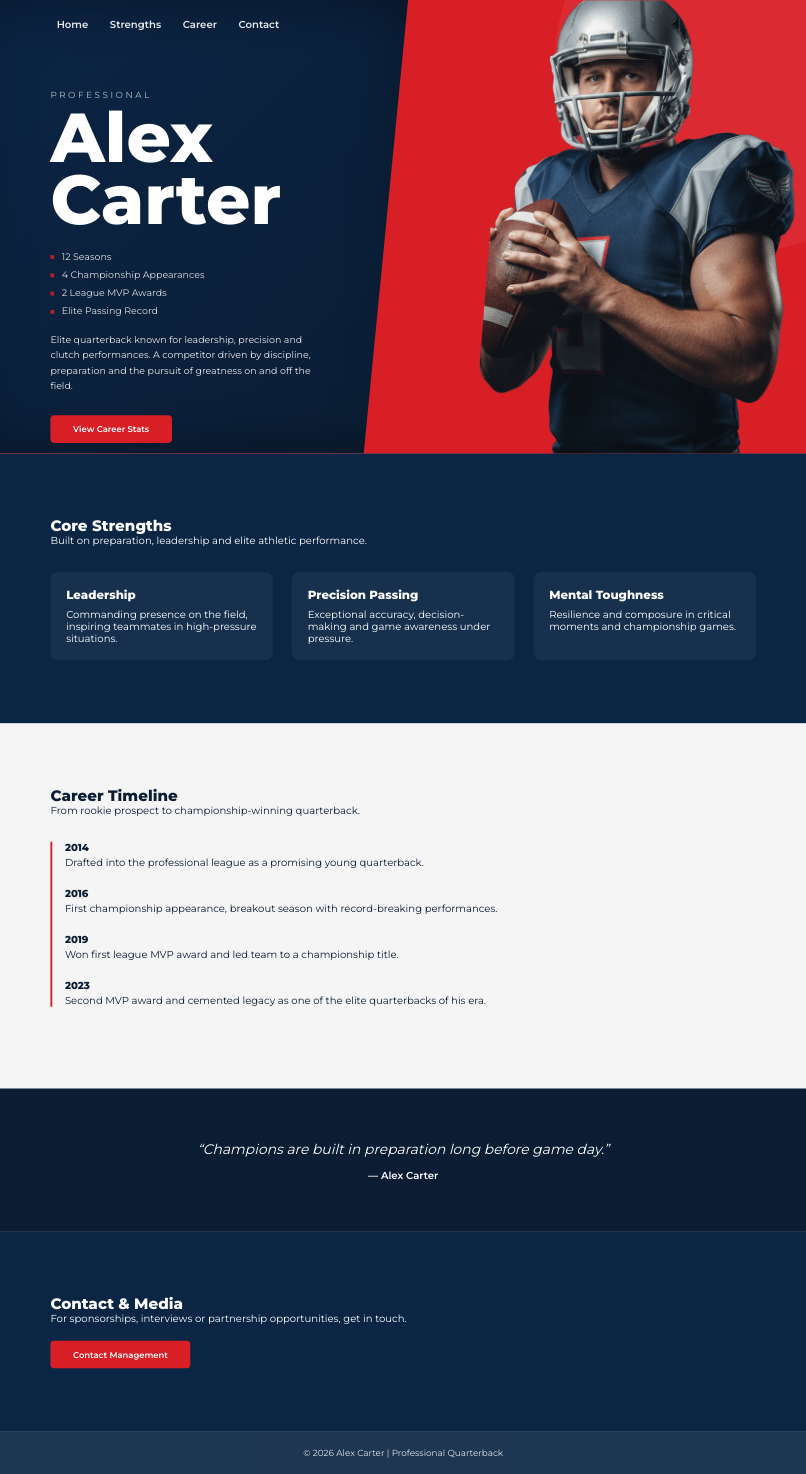
Repository: davidfsillva/Alex-Carter
Page: index.html
The author's editor kept a copy of each file at every save. The page is drawn from the files as they stood at one save, then again after the next save.
The browser window is 1280 px wide. The pictures show the whole page, at 63% of full size.

Above is the page before, as saved 2026-02-11 08:59:12.

### index.html
<!DOCTYPE html>
<html lang="en">
<head>
  <meta charset="UTF-8" />
  <meta name="viewport" content="width=device-width, initial-scale=1.0"/>
  <title>Alex Carter | Professional Quarterback</title>
  <link rel="stylesheet" href="style.css" />
  <link rel="preconnect" href="https://fonts.googleapis.com">
  <link rel="preconnect" href="https://fonts.gstatic.com" crossorigin>
  <link href="https://fonts.googleapis.com/css2?family=Montserrat:wght@400;600;800&display=swap" rel="stylesheet">
</head>
<body>

<!-- NAVBAR -->
<header class="navbar">
  <nav>
    <a href="#">Home</a>
    <a href="#skills">Strengths</a>
    <a href="#career">Career</a>
    <a href="#contact">Contact</a>
  </nav>
</header>

<!-- HERO -->
<section class="hero">
  <div class="hero-left">
    <span class="tag">PROFESSIONAL</span>
    <h1>Alex Carter</h1>

    <ul class="stats">
      <li>12 Seasons</li>
      <li>4 Championship Appearances</li>
      <li>2 League MVP Awards</li>
      <li>Elite Passing Record</li>
    </ul>

    <p class="description">
      Elite quarterback known for leadership, precision and clutch performances.
      A competitor driven by discipline, preparation and the pursuit of greatness
      on and off the field.
    </p>

    <button class="cta" onclick="window.location.href='Alex_Carter_Stats.pdf'">
      View Career Stats
    </button>

  </div>

  <div class="hero-right">
    <img src="img/spbw.png" alt="Alex Carter Quarterback">
  </div>
</section>

<!-- STRENGTHS SECTION -->
<section id="skills" class="section dark">
  <div class="container">
    <h2>Core Strengths</h2>
    <p>Built on preparation, leadership and elite athletic performance.</p>

    <div class="grid">
      <div class="card">
        <h3>Leadership</h3>
        <p>Commanding presence on the field, inspiring teammates in high-pressure situations.</p>
      </div>

      <div class="card">
        <h3>Precision Passing</h3>
        <p>Exceptional accuracy, decision-making and game awareness under pressure.</p>
      </div>

      <div class="card">
        <h3>Mental Toughness</h3>
        <p>Resilience and composure in critical moments and championship games.</p>
      </div>
    </div>
  </div>
</section>

<!-- CAREER SECTION -->
<section id="career" class="section light">
  <div class="container">
    <h2>Career Timeline</h2>

    <p>From rookie prospect to championship-winning quarterback.</p>

    <div class="timeline">
      <div class="timeline-item">
        <h4>2014</h4>
        <p>Drafted into the professional league as a promising young quarterback.</p>
      </div>

      <div class="timeline-item">
        <h4>2016</h4>
        <p>First championship appearance, breakout season with record-breaking performances.</p>
      </div>

      <div class="timeline-item">
        <h4>2019</h4>
        <p>Won first league MVP award and led team to a championship title.</p>
      </div>

      <div class="timeline-item">
        <h4>2023</h4>
        <p>Second MVP award and cemented legacy as one of the elite quarterbacks of his era.</p>
      </div>
    </div>
  </div>
</section>

<!-- QUOTE SECTION -->
<section class="quote">
  <div class="container">
    <blockquote>
      “Champions are built in preparation long before game day.”
    </blockquote>
    <span>— Alex Carter</span>
  </div>
</section>

<!-- CONTACT SECTION -->
<section id="contact" class="section dark">
  <div class="container">
    <h2>Contact & Media</h2>
    <p>For sponsorships, interviews or partnership opportunities, get in touch.</p>
    <button class="cta" onclick="window.location.href='mailto:alexcarter@agency.com'">
      Contact Management
    </button>
  </div>
</section>

<!-- FOOTER -->
<footer class="footer">
  <p>© 2026 Alex Carter | Professional Quarterback</p>
</footer>

<script src="scripts.js"></script>
</body>
</html>

### style.css
/* =====================
   RESET E FONTES
===================== */
* {
  margin: 0;
  padding: 0;
  box-sizing: border-box;
  font-family: 'Montserrat', sans-serif;
}

body {
  background: #6b7c86;
  color: #fff;
}

/* =====================
   NAVBAR
===================== */
.navbar {
  position: absolute;
  top: 0;
  width: 100%;
  padding: 30px 60px;
  display: flex;
  justify-content: space-between;
  align-items: center;
  z-index: 10;
}

.navbar .logo {
  color: #fff;
  font-weight: 800;
  font-size: 22px;
  letter-spacing: 2px;
}

.navbar nav a {
  color: #fff;
  text-decoration: none;
  margin-left: 30px;
  font-weight: 600;
  opacity: 0.9;
  transition: 0.3s ease;
}

.navbar nav a:hover {
  opacity: 1;
  color: #d91f26;
}

/* =====================
   HERO SECTION
===================== */
.hero {
  background: #d91f26;
  display: flex;
  height: 100vh;
  overflow: hidden;
}

/* HERO LEFT */
.hero-left {
  width: 55%;
  background: linear-gradient(135deg, #0b2545, #0a1d33);
  padding: 140px 80px;
  color: #fff;
  position: relative;
  box-shadow: inset -50px 0 100px rgba(0,0,0,0.4);

  clip-path: polygon(0 0, 92% 0, 82% 100%, 0% 100%);
}


.hero-left .tag {
  letter-spacing: 4px;
  font-size: 14px;
  opacity: 0.7;
}

.hero-left h1 {
  font-size: 110px;
  font-weight: 800;
  margin: 10px 0 30px;
  line-height: 0.9;
}

.stats {
  list-style: none;
  margin-bottom: 25px;
}

.stats li {
  margin-bottom: 10px;
  font-size: 15px;
  opacity: 0.85;
  position: relative;
  padding-left: 18px;
}

.stats li::before {
  content: "";
  width: 6px;
  height: 6px;
  background: #d91f26;
  position: absolute;
  left: 0;
  top: 8px;
}

.description {
  max-width: 420px;
  font-size: 15px;
  margin-bottom: 35px;
  opacity: 0.9;
  line-height: 1.6;
}

.cta {
  background: #d91f26;
  border: none;
  padding: 14px 36px;
  color: #fff;
  font-weight: 600;
  cursor: pointer;
  transition: all 0.3s ease;
  border-radius: 6px;
}

.cta:hover {
  transform: translateY(-4px);
  box-shadow: 0 10px 25px rgba(217, 31, 38, 0.4);
}

/* Scroll Indicator */
.scroll {
  position: absolute;
  bottom: 40px;
  font-size: 12px;
  letter-spacing: 3px;
  opacity: 0.6;
}

/* HERO RIGHT */
.hero-right {
  width: 45%;
  background: #d91f26;
  display: flex;
  align-items: flex-end;
  justify-content: center;
  position: relative;
  overflow: hidden;

  clip-path: polygon(18% 0%, 100% 0%, 100% 100%, 8% 100%);
}


.hero-right::before {
  content: "";
  position: absolute;
  width: 600px;
  height: 600px;
  background: rgba(255,255,255,0.05);
  border-radius: 50%;
  top: -200px;
  right: -200px;
}

.hero-right img {
  height: 110%;
  width: auto;
  object-fit: contain;
  align-self: flex-end;
  animation: float 5s ease-in-out infinite;
  position: relative;
  z-index: 2;
}

/* Floating animation */
@keyframes float {
  0% { transform: scale(1); }
  50% { transform: scale(1.02); }
  100% { transform: scale(1); }
}

/* =====================
   SECTIONS (GENERIC)
===================== */
.section {
  padding: 100px 80px;
}

.section.dark {
  background: #0b2545;
  color: #fff;
}

.section.light {
  background: #f5f5f5;
  color: #0a1d33;
}

.container {
  max-width: 1200px;
  margin: 0 auto;
}

/* GRID CARDS */
.grid {
  display: grid;
  grid-template-columns: repeat(auto-fit, minmax(250px, 1fr));
  gap: 30px;
  margin-top: 40px;
}

.card {
  background: rgba(255,255,255,0.05);
  padding: 25px;
  border-radius: 12px;
  transition: transform 0.3s ease, box-shadow 0.3s ease;
}

.card:hover {
  transform: translateY(-5px);
  box-shadow: 0 10px 25px rgba(0,0,0,0.2);
}

.card h3 {
  margin-bottom: 10px;
}

/* TIMELINE */
.timeline {
  margin-top: 40px;
  border-left: 3px solid #d91f26;
  padding-left: 20px;
}

.timeline-item {
  margin-bottom: 30px;
}

.timeline-item h4 {
  margin-bottom: 5px;
}

/* QUOTE */
.quote {
  text-align: center;
  padding: 80px 20px;
  background: #0a1d33;
}

.quote blockquote {
  font-size: 22px;
  font-style: italic;
  max-width: 700px;
  margin: 0 auto 15px;
  line-height: 1.5;
}

.quote span {
  display: block;
  font-weight: 600;
  margin-top: 10px;
}

#contact .cta {
  margin-top: 25px; /* aumenta o espaço entre o texto e o botão */
}


/* FOOTER */
.footer {
  text-align: center;
  padding: 25px 0;
  background: #0b2545;
  font-size: 14px;
  opacity: 0.8;
}

/* =====================
   RESPONSIVO MOBILE
===================== */
@media (max-width: 900px) {

  .hero {
    flex-direction: column;
    min-height: auto;
  }

  .hero-left,
  .hero-right {
    width: 100%;
    clip-path: none; /* remove corte diagonal no mobile */
  }

  .hero-left {
    padding: 120px 25px 60px 25px;
    text-align: left;
  }

  .hero-left h1 {
    font-size: 52px;
    line-height: 1.1;
  }

  .stats li {
    font-size: 14px;
  }

  .description {
    max-width: 100%;
    font-size: 14px;
  }

  .cta {
    width: 100%;
    padding: 16px;
  }

  .hero-right {
    justify-content: center;
    align-items: center;
    padding-bottom: 40px;
  }

  .hero-right img {
    width: 85%;
    height: auto;
    max-height: 500px;
    margin: 0 auto;
  }

  .section {
    padding: 70px 25px;
  }

  .grid {
    grid-template-columns: 1fr;
  }

  .timeline {
    padding-left: 15px;
  }

  .quote blockquote {
    font-size: 18px;
  }

  .navbar {
    padding: 20px 25px;
  }

  .navbar nav a {
    margin-left: 15px;
    font-size: 14px;
  }
}

### scripts.js
// =============================
// ANIMAÇÃO DE ENTRADA HERO LEFT
// =============================
window.addEventListener("load", () => {
  const heroLeft = document.querySelector(".hero-left");

  // Estado inicial antes da animação
  heroLeft.style.opacity = 0;
  heroLeft.style.transform = "translateX(-40px)";

  // Adiciona animação após pequeno delay
  setTimeout(() => {
    heroLeft.style.transition = "opacity 0.8s ease, transform 0.8s ease";
    heroLeft.style.opacity = 1;
    heroLeft.style.transform = "translateX(0)";
  }, 300);
});

// =============================
// ANIMAÇÃO OPCIONAL PARA BOTÃO CTA
// =============================
const ctaButton = document.querySelector(".cta");

ctaButton.addEventListener("mouseenter", () => {
  ctaButton.style.transform = "scale(1.05)";
});

ctaButton.addEventListener("mouseleave", () => {
  ctaButton.style.transform = "scale(1)";
});

After the next save:
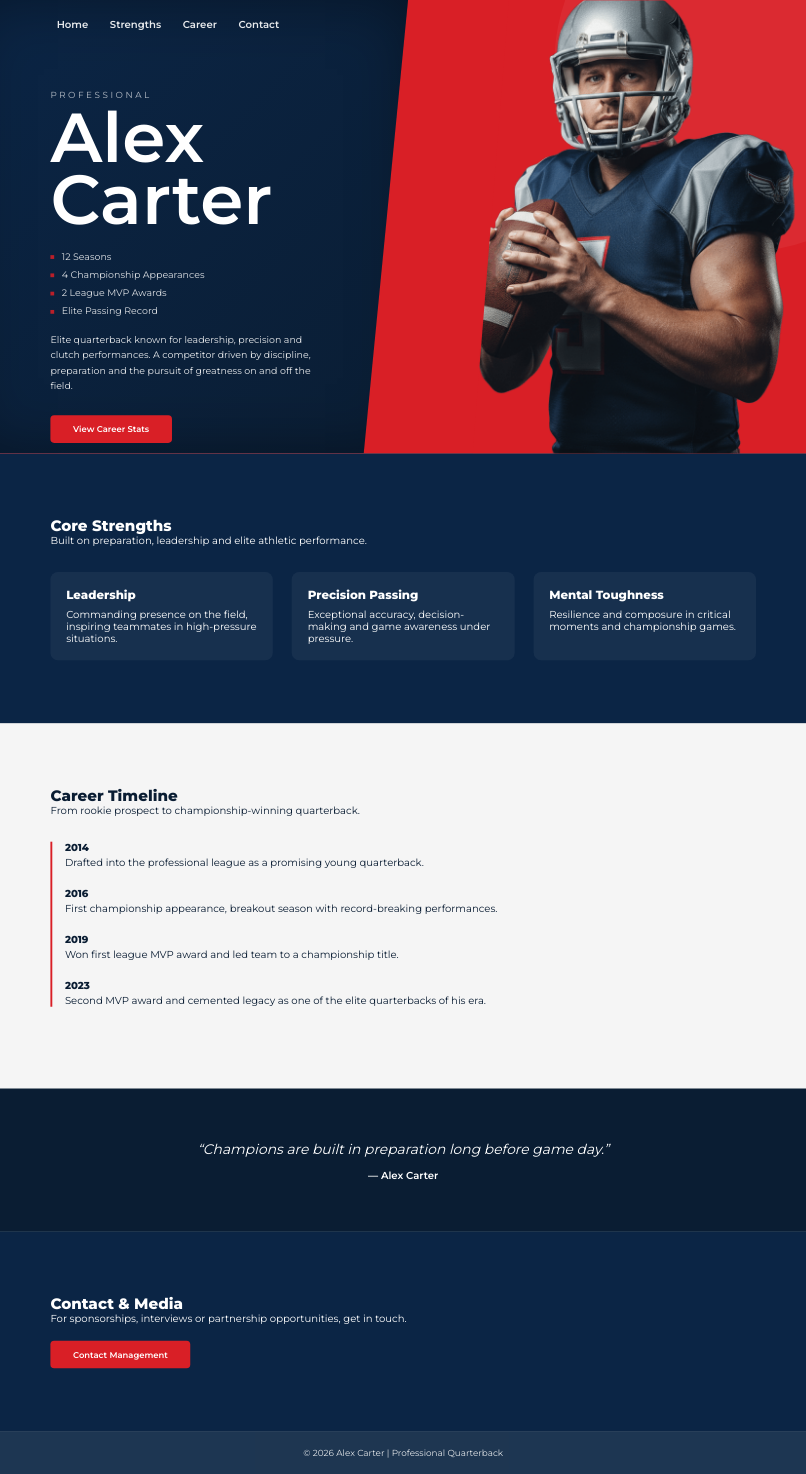
Saved 17 s later.
--- a/style.css
+++ b/style.css
@@ -79,7 +79,7 @@
 
 .hero-left h1 {
   font-size: 110px;
-  font-weight: 800;
+  font-weight: 600;
   margin: 10px 0 30px;
   line-height: 0.9;
 }

After the save that followed:
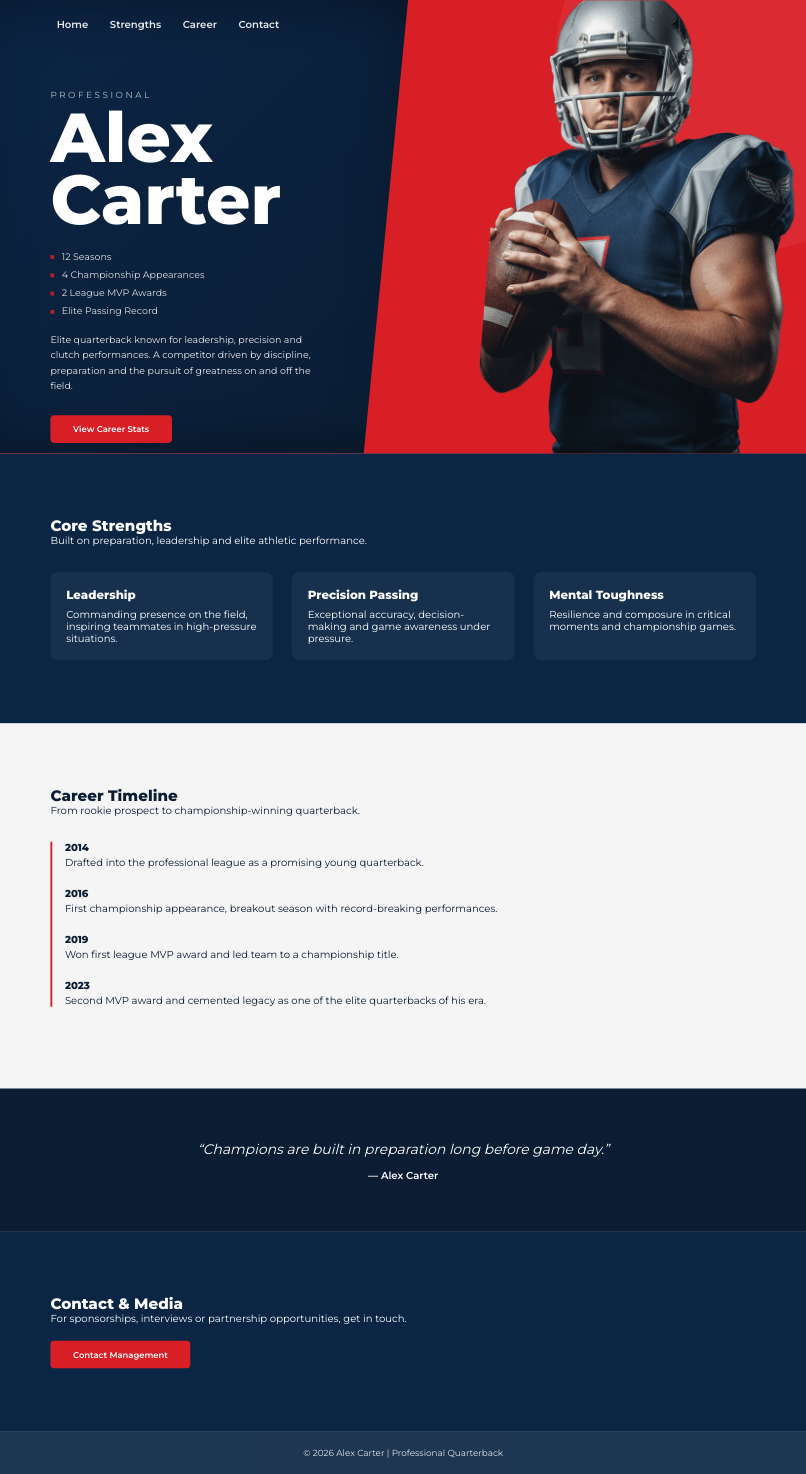
Saved 8 s later.
--- a/style.css
+++ b/style.css
@@ -79,7 +79,7 @@
 
 .hero-left h1 {
   font-size: 110px;
-  font-weight: 600;
+  font-weight: 800;
   margin: 10px 0 30px;
   line-height: 0.9;
 }
